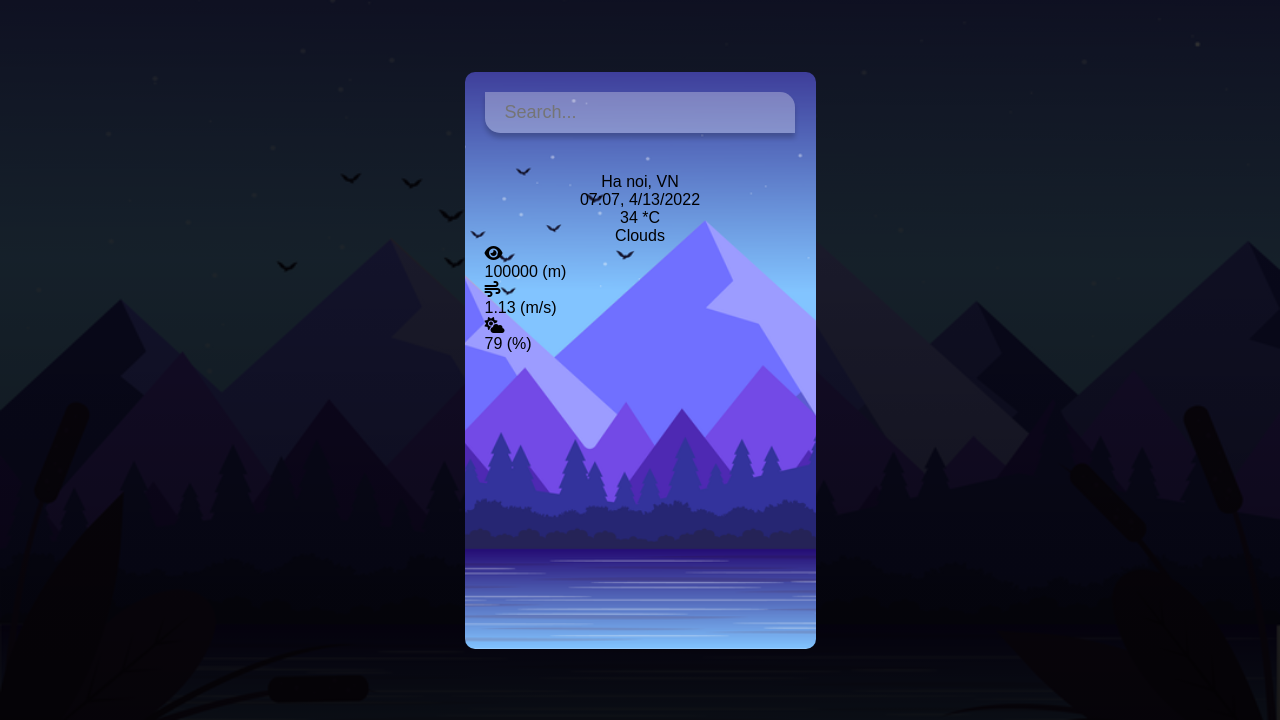
Repository: nganha241/weather-app
Page: index.html
An editor plug-in stored every save of this project. The page is shown before and after the next save, followed by the edit.
The browser window is 1280 px wide. The pictures show the whole page.
Some web libraries are served in a nearby version.

Above is the page before, as saved 2022-04-13 09:11:11.

After the next save:
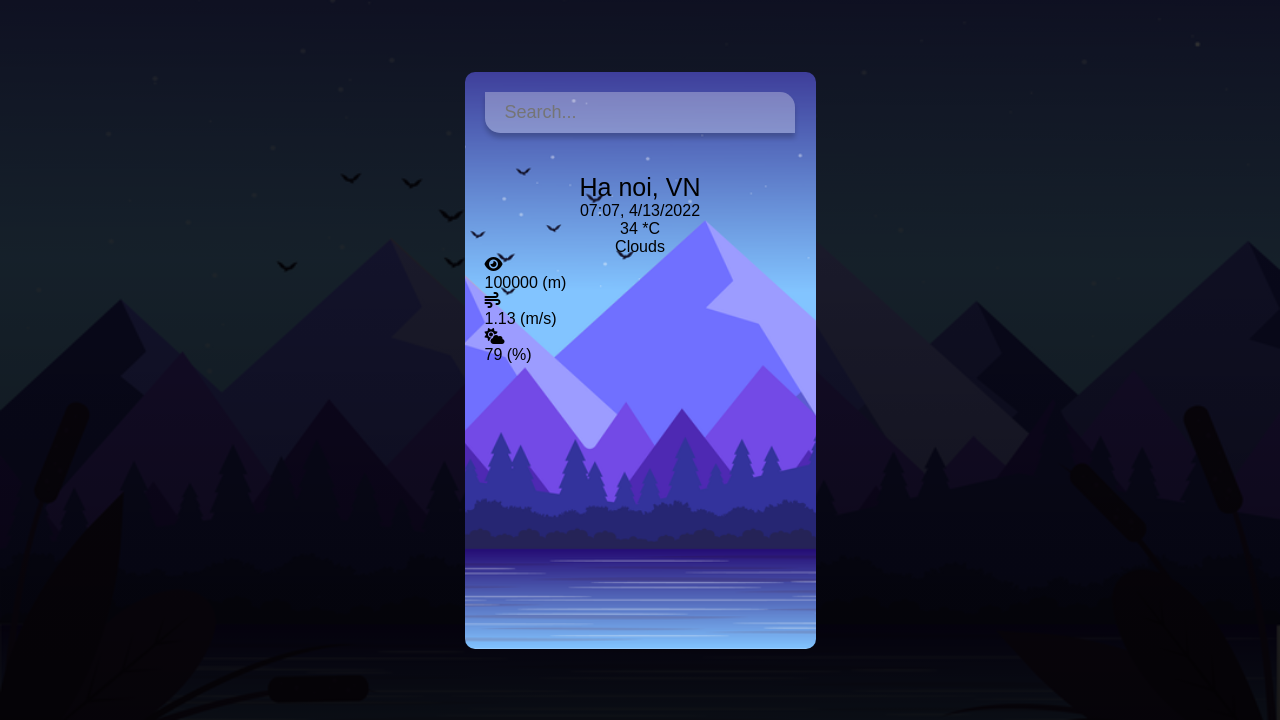
Saved 43 s later.
--- a/style.css
+++ b/style.css
@@ -44,3 +44,7 @@ body {
     margin-top: 40px;
     text-align: center;
 }
+
+.city {
+    font-size: 25px;
+}
